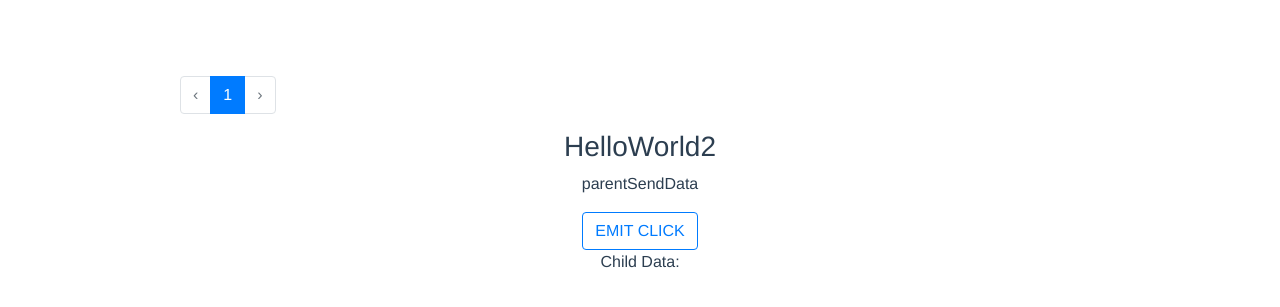
Repository: iian0910/bootstrapVue-demo
Page: /#/
An editor plug-in stored every save of this project. The page is shown before and after the next save, followed by the edit.
The browser window is 1280 px wide. The pictures show the whole page.
The page's requests for data from a server got no answer. The project was rebuilt for these pictures with package versions that can differ from the ones it lists, and the page was loaded fresh each time. No one was signed in, and anything a server would have sent is missing.

Above is the page before, as saved 2021-04-26 12:32:48.

After the next save:
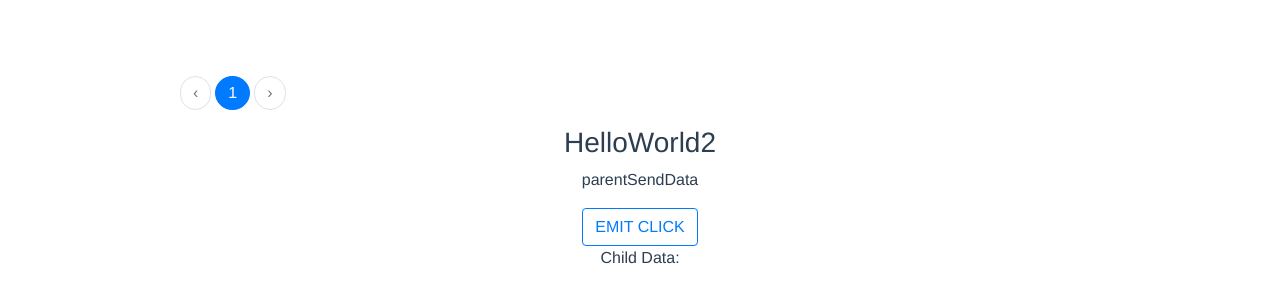
Saved 32 s later.
--- a/src/components/HelloWorld.vue
+++ b/src/components/HelloWorld.vue
@@ -25,6 +25,7 @@
             v-model="currentPage"
             :total-rows="data.length"
             :per-page="perPage"
+            pills
             first-number
             last-number
             @click.native="sliceData(currentPage)"
